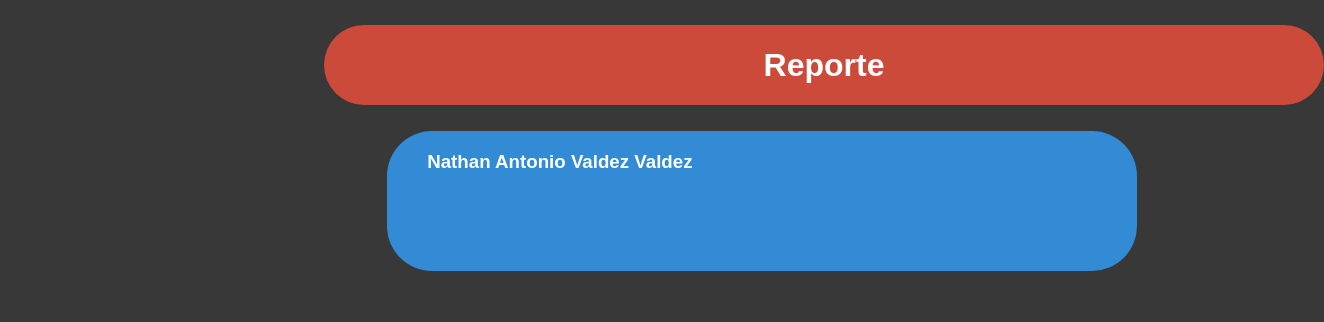
Repository: nathanvdev/LFP_PR_202001568
Page: plantilla.html
The author's editor kept a copy of each file at every save. The page is drawn from the files as they stood at one save, then again after the next save.
The browser window is 1280 px wide. The page is 1324 px wide, so the pictures cover 1324 px, including what lies to the right of the window. The pictures show the whole page.

Above is the page before, as saved 2022-02-19 18:51:45.

After the next save:
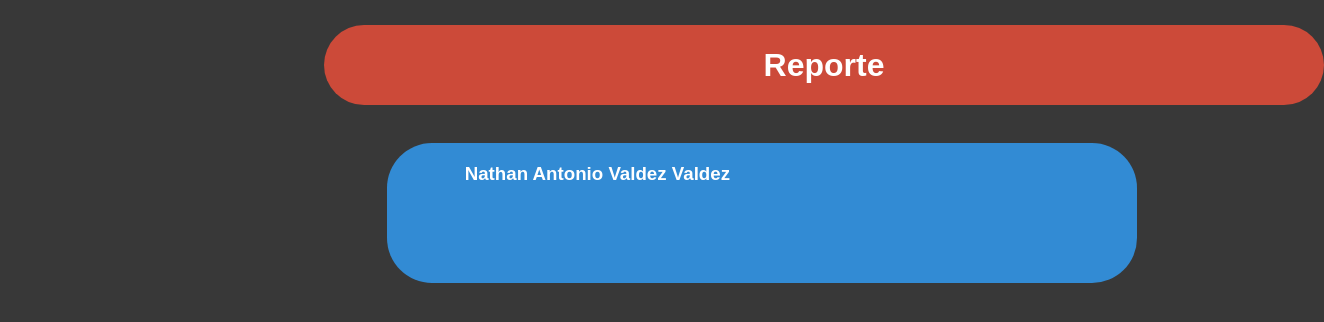
Saved 14 s later.
--- a/plantilla.html
+++ b/plantilla.html
@@ -39,7 +39,7 @@
     </div>
     <div class="PersonalInfo">
         <h3 style="color: white; padding-left: 40px;
-        padding-top: 20px;">
+        padding-top: 20px; margin: 5%;">
             Nathan Antonio Valdez Valdez
         </h3>
     </div>
